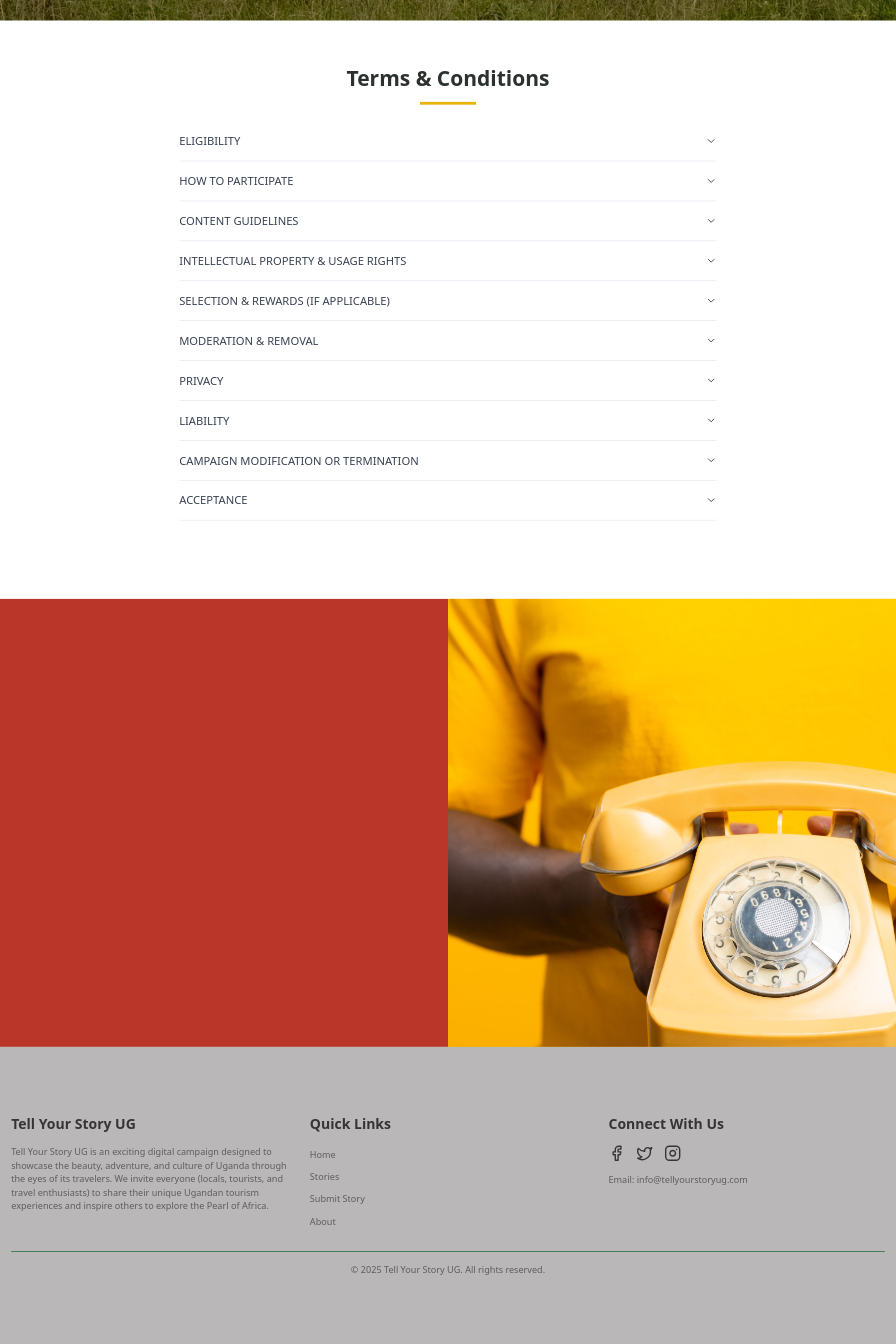
Repository: kaizoku010/take.part
Page: /
These files come from the project's save history. The page is drawn as it stood at one moment and after the next save; the edit follows.
The browser window is 1280 px wide. The pictures show the part of the page from y = 3382 to 5302 px (the page is 5302 px tall), at 70% of full size.
Backgrounds fixed to the window are drawn as part of the page. The project was rebuilt for these pictures with package versions that can differ from the ones it lists, and the page was loaded fresh each time. Also part of the build but not shown: vite.config.ts, src/components/ui/tooltip.tsx, src/pages/About.tsx, src/components/ui/input.tsx, src/pages/Stories.tsx, src/pages/StoryDetail.tsx, src/components/ui/use-toast.ts, src/components/ui/label.tsx and 3 more.

Above is the page before, as saved 2025-04-14 16:54:27.

### index.html

<!DOCTYPE html>
<html lang="en">
  <head>
    <meta charset="UTF-8" />
    <meta name="viewport" content="width=device-width, initial-scale=1.0" />
    <title>TAKE PART</title>
    <meta name="description" content="Share your Ugandan tourism experiences and inspire others to explore the Pearl of Africa" />
    <meta name="author" content="muneza dixon" />

    <meta property="og:title" content="Tell Your Story UG - Explore Uganda" />
    <meta property="og:description" content="Share your Ugandan tourism experiences and inspire others to explore the Pearl of Africa" />

    <!-- Meta Pixel Code -->
    <script>
    !function(f,b,e,v,n,t,s)
    {if(f.fbq)return;n=f.fbq=function(){n.callMethod?
    n.callMethod.apply(n,arguments):n.queue.push(arguments)};
    if(!f._fbq)f._fbq=n;n.push=n;n.loaded=!0;n.version='2.0';
    n.queue=[];t=b.createElement(e);t.async=!0;
    t.src=v;s=b.getElementsByTagName(e)[0];
    s.parentNode.insertBefore(t,s)}(window, document,'script',
    'https://connect.facebook.net/en_US/fbevents.js');
    fbq('init', '1846327909352916');
    fbq('track', 'PageView');
    </script>
    <!-- End Meta Pixel Code -->
  </head>

  <body>
    <div id="root"></div>
    <!-- Facebook Pixel noscript -->
    <noscript><img height="1" width="1" style="display:none"
    src="https://www.facebook.com/tr?id=1846327909352916&ev=PageView&noscript=1"
    /></noscript>
    <!-- IMPORTANT: DO NOT REMOVE THIS SCRIPT TAG OR THIS VERY COMMENT! -->
    <script src="https://cdn.gpteng.co/gptengineer.js" type="module"></script>
    <script type="module" src="/src/main.tsx"></script>
  </body>
</html>

### src/App.tsx

import { Toaster } from "@/components/ui/toaster";
import { Toaster as Sonner } from "@/components/ui/sonner";
import { TooltipProvider } from "@/components/ui/tooltip";
import { QueryClient, QueryClientProvider } from "@tanstack/react-query";
import { BrowserRouter, Routes, Route } from "react-router-dom";
import Home from "./pages/Home";
import About from "./pages/About";
import Stories from "./pages/Stories";
import StoryDetail from "./pages/StoryDetail";
import SubmitStory from "./pages/SubmitStory";
import NotFound from "./pages/NotFound";
import "./mdx.css";
import "./mobile.css"

const queryClient = new QueryClient();

const App = () => (
  <QueryClientProvider client={queryClient}>
    <TooltipProvider>
      <Toaster />
      <Sonner />
      <BrowserRouter>
        <Routes>
          <Route path="/" element={<Home />} />
          <Route path="/about" element={<About />} />
          <Route path="/stories" element={<Stories />} />
          <Route path="/stories/:id" element={<StoryDetail />} />
          <Route path="/submit-story" element={<SubmitStory />} />
          {/* ADD ALL CUSTOM ROUTES ABOVE THE CATCH-ALL "*" ROUTE */}
          <Route path="*" element={<NotFound />} />
        </Routes>
      </BrowserRouter>
    </TooltipProvider>
  </QueryClientProvider>
);

export default App;

### src/index.css
@tailwind base;
@tailwind components;
@tailwind utilities;

@layer base {
  :root {
    --background: 0 0% 100%;
    --foreground: 222.2 84% 4.9%;

    --card: 0 0% 100%;
    --card-foreground: 222.2 84% 4.9%;

    --popover: 0 0% 100%;
    --popover-foreground: 222.2 84% 4.9%;

    /* Main Orange/Gold */
    --primary: 41.81 100% 49.8%;
    --primary-foreground: 210 40% 98%;

    /* Rust Red */
    --secondary: 5.38 63.88% 44.51%;
    --secondary-foreground: 210 40% 98%;

    /* Change accent to Rust Red */
    --accent: 5.38 63.88% 44.51%;
    --accent-foreground: 210 40% 98%;

    --muted: 210 40% 96.1%;
    --muted-foreground: 215.4 16.3% 46.9%;

    --destructive: 0 84.2% 60.2%;
    --destructive-foreground: 210 40% 98%;

    --border: 214.3 31.8% 91.4%;
    --input: 214.3 31.8% 91.4%;
    --ring: 5.38 63.88% 44.51%;  /* Changed to Rust Red */

    --radius: 0.5rem;

    --sidebar-background: 0 0% 98%;

    --sidebar-foreground: 240 5.3% 26.1%;

    --sidebar-primary: 240 5.9% 10%;

    --sidebar-primary-foreground: 0 0% 98%;

    --sidebar-accent: 240 4.8% 95.9%;

    --sidebar-accent-foreground: 240 5.9% 10%;

    --sidebar-border: 220 13% 91%;

    --sidebar-ring: 217.2 91.2% 59.8%;
  }

  .dark {
    --background: 222.2 84% 4.9%;
    --foreground: 210 40% 98%;

    --card: 222.2 84% 4.9%;
    --card-foreground: 210 40% 98%;

    --popover: 222.2 84% 4.9%;
    --popover-foreground: 210 40% 98%;

    /* Main Orange/Gold */
    --primary: 41.81 100% 49.8%;
    --primary-foreground: 210 40% 98%;

    /* Rust Red */
    --secondary: 5.38 63.88% 44.51%;
    --secondary-foreground: 210 40% 98%;

    /* Change accent to Rust Red */
    --accent: 5.38 63.88% 44.51%;
    --accent-foreground: 210 40% 98%;

    --muted: 217.2 32.6% 17.5%;
    --muted-foreground: 215 20.2% 65.1%;

    --destructive: 0 62.8% 30.6%;
    --destructive-foreground: 210 40% 98%;

    --border: 217.2 32.6% 17.5%;
    --input: 217.2 32.6% 17.5%;
    --ring: 5.38 63.88% 44.51%;  /* Changed to Rust Red */
    --sidebar-background: 240 5.9% 10%;
    --sidebar-foreground: 240 4.8% 95.9%;
    --sidebar-primary: 224.3 76.3% 48%;
    --sidebar-primary-foreground: 0 0% 100%;
    --sidebar-accent: 240 3.7% 15.9%;
    --sidebar-accent-foreground: 240 4.8% 95.9%;
    --sidebar-border: 240 3.7% 15.9%;
    --sidebar-ring: 217.2 91.2% 59.8%;
  }
}

@layer base {
  * {
    @apply border-border;
  }

  body {
    @apply bg-background text-foreground;
  }
}

### src/components/ui/toaster.tsx
import { useToast } from "@/hooks/use-toast"
import {
  Toast,
  ToastClose,
  ToastDescription,
  ToastProvider,
  ToastTitle,
  ToastViewport,
} from "@/components/ui/toast"

export function Toaster() {
  const { toasts } = useToast()

  return (
    <ToastProvider>
      {toasts.map(function ({ id, title, description, action, ...props }) {
        return (
          <Toast key={id} {...props}>
            <div className="grid gap-1">
              {title && <ToastTitle>{title}</ToastTitle>}
              {description && (
                <ToastDescription>{description}</ToastDescription>
              )}
            </div>
            {action}
            <ToastClose />
          </Toast>
        )
      })}
      <ToastViewport />
    </ToastProvider>
  )
}

### src/components/ui/sonner.tsx
import { useTheme } from "next-themes"
import { Toaster as Sonner, toast } from "sonner"

type ToasterProps = React.ComponentProps<typeof Sonner>

const Toaster = ({ ...props }: ToasterProps) => {
  const { theme = "system" } = useTheme()

  return (
    <Sonner
      theme={theme as ToasterProps["theme"]}
      className="toaster group"
      toastOptions={{
        classNames: {
          toast:
            "group toast group-[.toaster]:bg-background group-[.toaster]:text-foreground group-[.toaster]:border-border group-[.toaster]:shadow-lg",
          description: "group-[.toast]:text-muted-foreground",
          actionButton:
            "group-[.toast]:bg-primary group-[.toast]:text-primary-foreground",
          cancelButton:
            "group-[.toast]:bg-muted group-[.toast]:text-muted-foreground",
        },
      }}
      {...props}
    />
  )
}

export { Toaster, toast }

### src/mdx.css
#hero-text{
    font-size: 1.2rem !important;
    line-height: unset !important;
}

#logo{
    width: 6rem !important;
}

#nav{
    background-color: white !important;

}

#link{
    font-size: small !important;
    font-weight: 500;
color:rgba(0, 0, 0, 0.658) !important;
}


.bg-green-800{
    background-color: #ba3629 !important;
}

.bg-yellow-800{
    background-color: rgb(254, 177, 0) !important;
}


.bg-yellow-dx{
    background-color: rgb(254, 177, 0) !important;
}

.bg-green-900 {
    color: rgb(54, 53, 53) !important;
background-color: rgb(185, 183, 183) !important;
}


.text-green-800 {
    --tw-text-opacity: 1;
    color: rgb(43 49 45) !important;
}


.text-gray-hound{
    font-size: small;
    color: rgb(94, 94, 94) !important;
}


#carousel-section{
    padding-top: 5rem;
    padding-bottom: 5rem;
    background-color: #feb100 !important;
}

.bg-background {
    background-color: #212120 !important;
}

#prizes-section{
    height: 40rem !important;
    display: flex;
    padding-left: 10rem;
    background-position: bottom;
    background-attachment: fixed;
    width: 100%;
    background-image: url("../src/media/zebs.jpg");
}


.content-prizes{
display: flex;
/* background-color: red; */
width: 100%;
flex-direction: column;
justify-content: center;
}

.content-prizes-2{
display: flex;
background-color: transparent;
width: 100%;
flex-direction: column;
}

.win-title{

    font-weight: 800;
    font-size: 2rem;
    margin-bottom: 1rem;
    color: white;
}

.prize{
    display: flex;

    /* margin-bottom: 1rem; */
    font-weight: 200;
    /* font-size: 2rem; */
    align-items: center;
    color: white;
}

.prize img{
    width: 2.5rem;
    height: 2rem;
}


.take-part{
    background-color: #feb100;
    color: rgb(54, 52, 52);
    padding: 0.7rem;
    margin-top: 2rem;
    width: 10rem;
    font-weight: bold;
    font-size: small;
    border-radius: 10px;

}

.take-part:hover{
    color: white !important;
background-color: #ba3629 !important;
}


#vist-ug{
    background-color: #ba3629 !important;
}


#vist-ug:hover{
    background-color: transparent !important;
}


#footer{
    padding-top: 6rem;
    padding-bottom: 6rem;
}

#cta{
    height: 30rem;
    display: flex;
    flex-direction: column;
    justify-content: center;
    /* padding-top: 5rem !important;
    padding-bottom: 5rem !important; */
}


#contact{
    display: flex;
    /* background-image: url("../src/media/call.jpg"); */
}


#cta-section{
    width: 100%;
    height: 40rem;
    background-color: #ba3629 !important;
}

#cta-section-2{
    width: 100%;
    height: 40rem;
    background-size: cover;
    background-image: url("../src/media/call.jpg");
    background-color: #feb100 !important;
}

### src/mobile.css
@media (max-width: 768px) {
    header {
      padding: 0.5rem 0;
    }

    .mobile-menu {
      position: absolute;
      top: 100%;
      left: 0;
      right: 0;
      background-color: #166534; /* green-800 */
      padding: 1rem;
      box-shadow: 0 2px 4px rgba(0,0,0,0.1);
    }

    .mobile-menu a {
      display: block;
      padding: 0.75rem 1rem;
      color: white;
      border-bottom: 1px solid rgba(255,255,255,0.1);
    }

    .mobile-menu a:last-child {
      border-bottom: none;
    }
  }

### src/components/ui/button.tsx
import * as React from "react"
import { Slot } from "@radix-ui/react-slot"
import { cva, type VariantProps } from "class-variance-authority"

import { cn } from "@/lib/utils"

const buttonVariants = cva(
  "inline-flex items-center justify-center gap-2 whitespace-nowrap rounded-md text-sm font-medium ring-offset-background transition-colors focus-visible:outline-none focus-visible:ring-2 focus-visible:ring-ring focus-visible:ring-offset-2 disabled:pointer-events-none disabled:opacity-50 [&_svg]:pointer-events-none [&_svg]:size-4 [&_svg]:shrink-0",
  {
    variants: {
      variant: {
        default: "bg-primary text-primary-foreground hover:bg-primary/90",
        destructive:
          "bg-destructive text-destructive-foreground hover:bg-destructive/90",
        outline:
          "border border-input bg-background hover:bg-accent hover:text-accent-foreground",
        secondary:
          "bg-secondary text-secondary-foreground hover:bg-secondary/80",
        ghost: "hover:bg-accent hover:text-accent-foreground",
        link: "text-primary underline-offset-4 hover:underline",
      },
      size: {
        default: "h-10 px-4 py-2",
        sm: "h-9 rounded-md px-3",
        lg: "h-11 rounded-md px-8",
        icon: "h-10 w-10",
      },
    },
    defaultVariants: {
      variant: "default",
      size: "default",
    },
  }
)

export interface ButtonProps
  extends React.ButtonHTMLAttributes<HTMLButtonElement>,
    VariantProps<typeof buttonVariants> {
  asChild?: boolean
}

const Button = React.forwardRef<HTMLButtonElement, ButtonProps>(
  ({ className, variant, size, asChild = false, ...props }, ref) => {
    const Comp = asChild ? Slot : "button"
    return (
      <Comp
        className={cn(buttonVariants({ variant, size, className }))}
        ref={ref}
        {...props}
      />
    )
  }
)
Button.displayName = "Button"

export { Button, buttonVariants }

### src/components/ui/card.tsx
import * as React from "react"

import { cn } from "@/lib/utils"

const Card = React.forwardRef<
  HTMLDivElement,
  React.HTMLAttributes<HTMLDivElement>
>(({ className, ...props }, ref) => (
  <div
    ref={ref}
    className={cn(
      "rounded-lg border bg-card text-card-foreground shadow-sm",
      className
    )}
    {...props}
  />
))
Card.displayName = "Card"

const CardHeader = React.forwardRef<
  HTMLDivElement,
  React.HTMLAttributes<HTMLDivElement>
>(({ className, ...props }, ref) => (
  <div
    ref={ref}
    className={cn("flex flex-col space-y-1.5 p-6", className)}
    {...props}
  />
))
CardHeader.displayName = "CardHeader"

const CardTitle = React.forwardRef<
  HTMLParagraphElement,
  React.HTMLAttributes<HTMLHeadingElement>
>(({ className, ...props }, ref) => (
  <h3
    ref={ref}
    className={cn(
      "text-2xl font-semibold leading-none tracking-tight",
      className
    )}
    {...props}
  />
))
CardTitle.displayName = "CardTitle"

const CardDescription = React.forwardRef<
  HTMLParagraphElement,
  React.HTMLAttributes<HTMLParagraphElement>
>(({ className, ...props }, ref) => (
  <p
    ref={ref}
    className={cn("text-sm text-muted-foreground", className)}
    {...props}
  />
))
CardDescription.displayName = "CardDescription"

const CardContent = React.forwardRef<
  HTMLDivElement,
  React.HTMLAttributes<HTMLDivElement>
>(({ className, ...props }, ref) => (
  <div ref={ref} className={cn("p-6 pt-0", className)} {...props} />
))
CardContent.displayName = "CardContent"

const CardFooter = React.forwardRef<
  HTMLDivElement,
  React.HTMLAttributes<HTMLDivElement>
>(({ className, ...props }, ref) => (
  <div
    ref={ref}
    className={cn("flex items-center p-6 pt-0", className)}
    {...props}
  />
))
CardFooter.displayName = "CardFooter"

export { Card, CardHeader, CardFooter, CardTitle, CardDescription, CardContent }

### src/components/layout/Layout.tsx

import { ReactNode } from "react";
import Header from "./Header";
import Footer from "./Footer";

interface LayoutProps {
  children: ReactNode;
}

const Layout = ({ children }: LayoutProps) => {
  return (
    <div className="flex flex-col min-h-screen">
      <Header />
      <main className="flex-grow">
        {children}
      </main>
      <Footer />
    </div>
  );
};

export default Layout;

### src/components/ui/accordion.tsx
import * as React from "react"
import * as AccordionPrimitive from "@radix-ui/react-accordion"
import { ChevronDown } from "lucide-react"

import { cn } from "@/lib/utils"

const Accordion = AccordionPrimitive.Root

const AccordionItem = React.forwardRef<
  React.ElementRef<typeof AccordionPrimitive.Item>,
  React.ComponentPropsWithoutRef<typeof AccordionPrimitive.Item>
>(({ className, ...props }, ref) => (
  <AccordionPrimitive.Item
    ref={ref}
    className={cn("border-b", className)}
    {...props}
  />
))
AccordionItem.displayName = "AccordionItem"

const AccordionTrigger = React.forwardRef<
  React.ElementRef<typeof AccordionPrimitive.Trigger>,
  React.ComponentPropsWithoutRef<typeof AccordionPrimitive.Trigger>
>(({ className, children, ...props }, ref) => (
  <AccordionPrimitive.Header className="flex">
    <AccordionPrimitive.Trigger
      ref={ref}
      className={cn(
        "flex flex-1 items-center justify-between py-4 font-medium transition-all hover:underline [&[data-state=open]>svg]:rotate-180",
        className
      )}
      {...props}
    >
      {children}
      <ChevronDown className="h-4 w-4 shrink-0 transition-transform duration-200" />
    </AccordionPrimitive.Trigger>
  </AccordionPrimitive.Header>
))
AccordionTrigger.displayName = AccordionPrimitive.Trigger.displayName

const AccordionContent = React.forwardRef<
  React.ElementRef<typeof AccordionPrimitive.Content>,
  React.ComponentPropsWithoutRef<typeof AccordionPrimitive.Content>
>(({ className, children, ...props }, ref) => (
  <AccordionPrimitive.Content
    ref={ref}
    className="overflow-hidden text-sm transition-all data-[state=closed]:animate-accordion-up data-[state=open]:animate-accordion-down"
    {...props}
  >
    <div className={cn("pb-4 pt-0", className)}>{children}</div>
  </AccordionPrimitive.Content>
))

AccordionContent.displayName = AccordionPrimitive.Content.displayName

export { Accordion, AccordionItem, AccordionTrigger, AccordionContent }

Loaded but not shown: src/main.tsx (common file); src/hooks/use-toast.ts (common file); src/lib/utils.ts (common file); src/pages/Home.tsx (605 lines, source omitted); src/components/ui/carousel.tsx (260 lines, source omitted); src/components/ui/toast.tsx (127 lines, source omitted); src/components/layout/Header.tsx (66 lines, source omitted); src/components/layout/Footer.tsx (54 lines, source omitted); tailwind.config.ts (98 lines, source omitted)

After the next save:
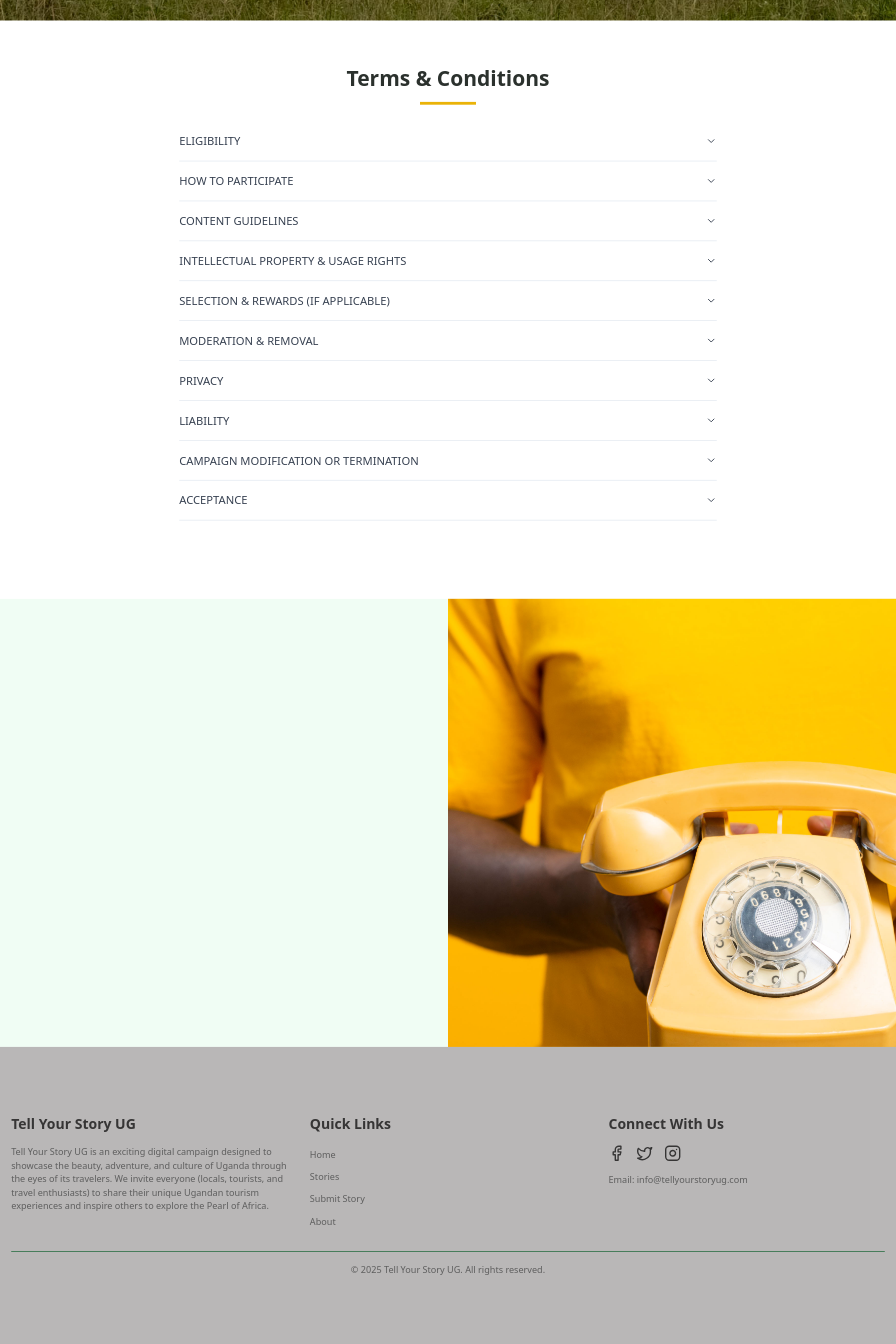
Saved 3 s later.
--- a/src/mdx.css
+++ b/src/mdx.css
@@ -162,6 +162,7 @@
 #cta-section{
     width: 100%;
     height: 40rem;
+    dus
     background-color: #ba3629 !important;
 }
 

After the 5 saves that followed:
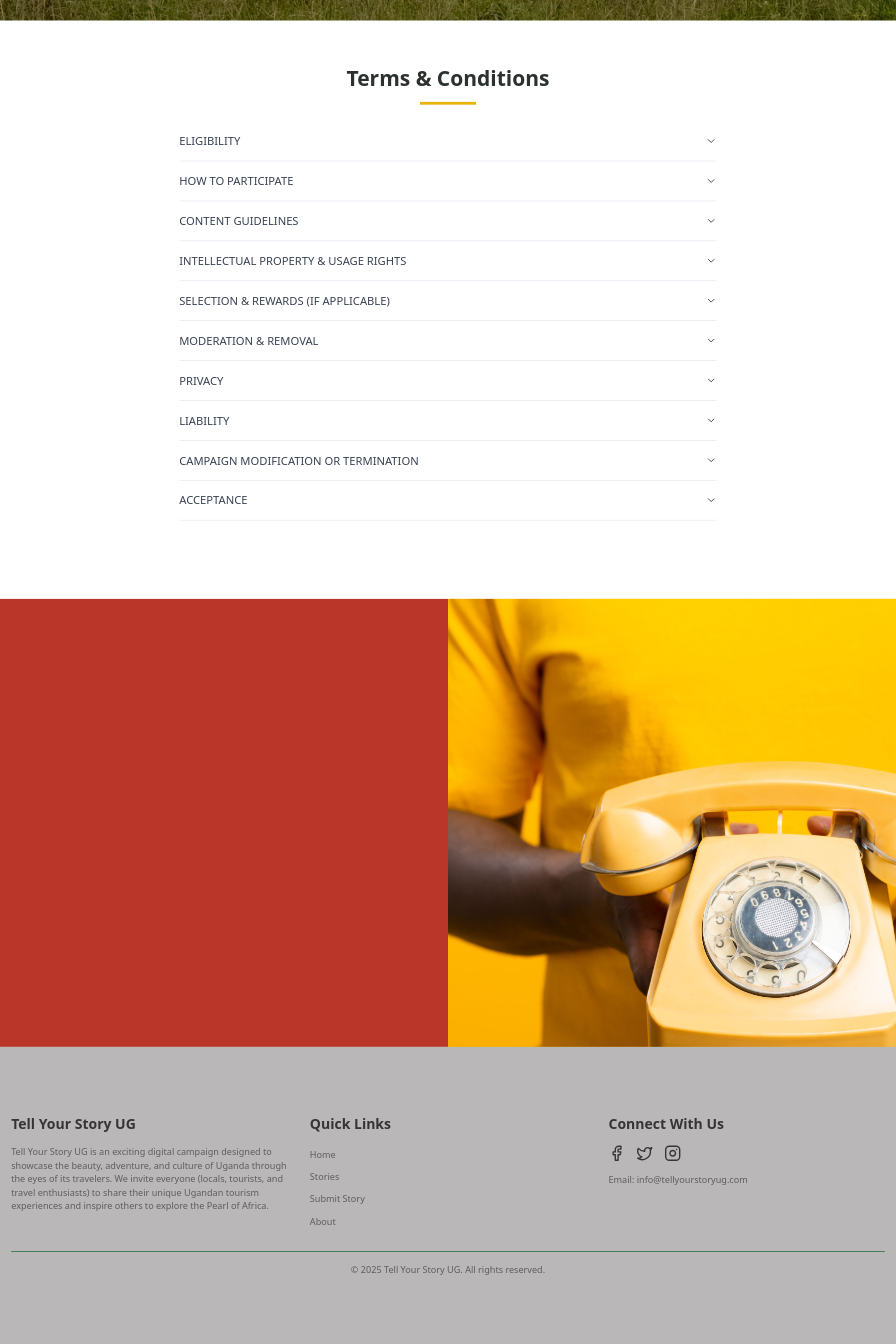
The 5 saves are shown as one change because they came seconds apart.
The last was saved 12 s later.
--- a/src/mdx.css
+++ b/src/mdx.css
@@ -162,7 +162,9 @@
 #cta-section{
     width: 100%;
     height: 40rem;
-    dus
+    justify-content: center;
+    display: flex;
+    flex-direction: column;
     background-color: #ba3629 !important;
 }
 
